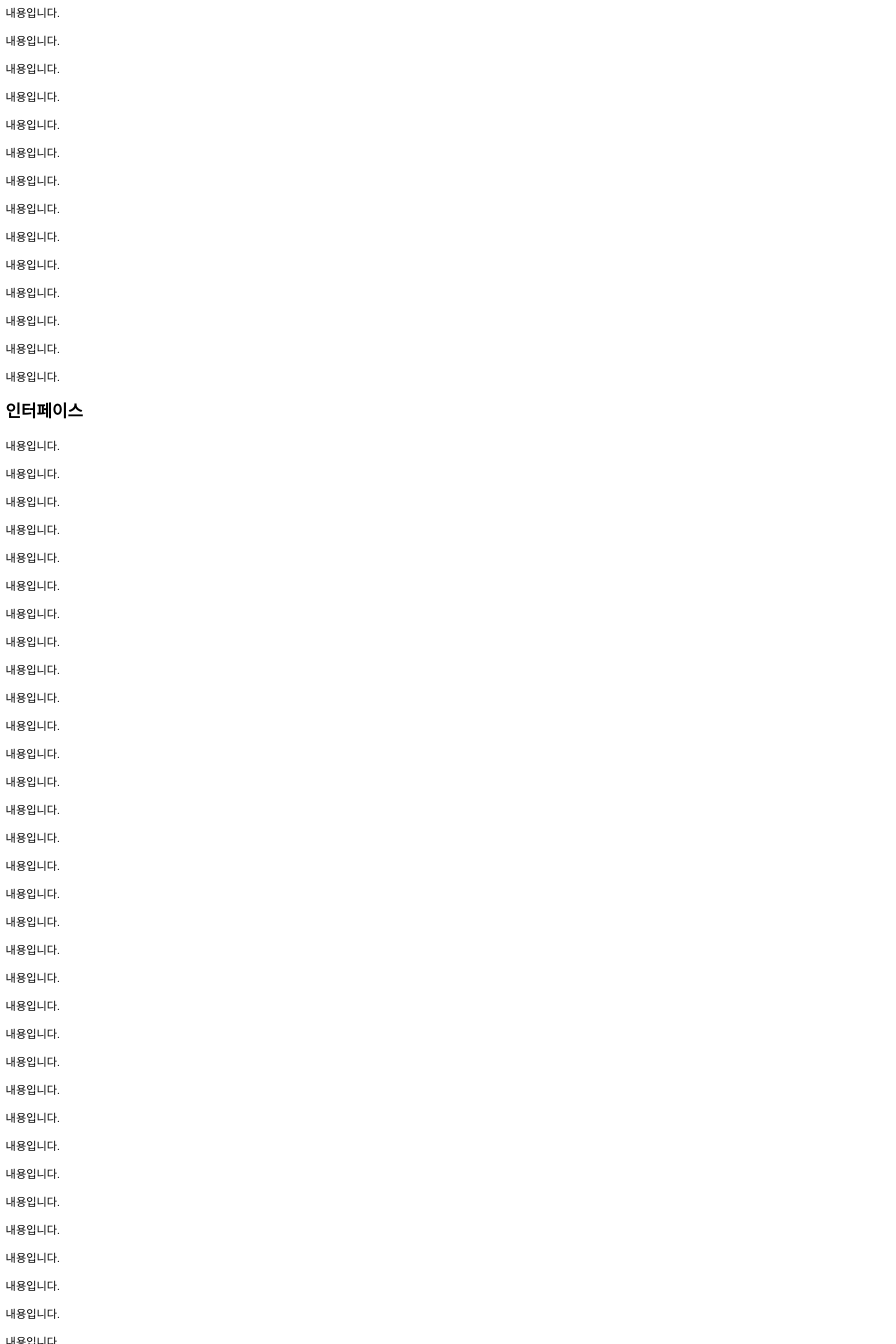
Repository: kmd192kmd/Web
Page: html/HtmlTest/src/main/webapp/ex10_link.html
An editor plug-in stored every save of this project. The page is shown before and after the next save, followed by the edit.
The browser window is 1280 px wide. The pictures show the part of the page from y = 1836 to 3756 px (the page is 6518 px tall before and 5558 px after), at 70% of full size.

Above is the page before, as saved 2026-02-13 02:27:20.

### html/HtmlTest/src/main/webapp/ex10_link.html
<!DOCTYPE html>
<html>
<head>
<meta charset="UTF-8">
<title>Insert title here</title>
</head>
<body>

	<!--

		링크, Link
		- <a>, anchor(닻)
		- 쌍태그, 혼합형

		1. Link Tag
		2. Anchor Tag

		a.href
		- HyperText Reference
		- 이동할 URL

		a.target
		- 열거형
		- _blank, _self, _top, _parent, 프레임명

		링크에 걸린 자원 종류 > 반응?
		- 브라우저가 해석 가능한 파일 > 열기
		- 브라우저가 해석 불가능한 파일 > 다운로드

	 -->

	 <h1>링크</h1>
	 <a href="https://www.naver.com/">네이버(외부 링크)</a>
	 <a href="naver.com">네이버</a>

	 <a href="ex09_list.html">9번 예제(내부 링크)</a>

	 <a href="images/dog.jpg">이미지</a>

	 <a href="member.txt">텍스트 파일</a>

	 <a href="webapp.zip">압축 파일</a>

	 <hr>

	 <a href="https://google.com" target="_self">구글(내부 링크)</a>
	 <a href="https://google.com" target="_blank">구글(외부 링크)</a>

	 <hr>

	 <h1>자바 수업 정리</h1>

	 <ul>
	 	<li><a href="a1">클래스</a></li>
	 	<li><a href="a2">인터페이스</a></li>
	 	<li><a href="a3">추상 클래스</a></li>
	 </ul>

	 <h2><a name="a1">클래스</a></h2>
	 <p>내용입니다.</p><p>내용입니다.</p><p>내용입니다.</p><p>내용입니다.</p><p>내용입니다.</p><p>내용입니다.</p><p>내용입니다.</p><p>내용입니다.</p><p>내용입니다.</p><p>내용입니다.</p>
	 <p>내용입니다.</p><p>내용입니다.</p><p>내용입니다.</p><p>내용입니다.</p><p>내용입니다.</p><p>내용입니다.</p><p>내용입니다.</p><p>내용입니다.</p><p>내용입니다.</p><p>내용입니다.</p>
	 <p>내용입니다.</p><p>내용입니다.</p><p>내용입니다.</p><p>내용입니다.</p><p>내용입니다.</p><p>내용입니다.</p><p>내용입니다.</p><p>내용입니다.</p><p>내용입니다.</p><p>내용입니다.</p>
	 <p>내용입니다.</p><p>내용입니다.</p><p>내용입니다.</p><p>내용입니다.</p><p>내용입니다.</p><p>내용입니다.</p><p>내용입니다.</p><p>내용입니다.</p><p>내용입니다.</p><p>내용입니다.</p>
	 <p>내용입니다.</p><p>내용입니다.</p><p>내용입니다.</p><p>내용입니다.</p><p>내용입니다.</p><p>내용입니다.</p><p>내용입니다.</p><p>내용입니다.</p><p>내용입니다.</p><p>내용입니다.</p>

	 <h2><a name="a2">인터페이스</a></h2>
	 <p>내용입니다.</p><p>내용입니다.</p><p>내용입니다.</p><p>내용입니다.</p><p>내용입니다.</p><p>내용입니다.</p><p>내용입니다.</p><p>내용입니다.</p><p>내용입니다.</p><p>내용입니다.</p>
	 <p>내용입니다.</p><p>내용입니다.</p><p>내용입니다.</p><p>내용입니다.</p><p>내용입니다.</p><p>내용입니다.</p><p>내용입니다.</p><p>내용입니다.</p><p>내용입니다.</p><p>내용입니다.</p>
	 <p>내용입니다.</p><p>내용입니다.</p><p>내용입니다.</p><p>내용입니다.</p><p>내용입니다.</p><p>내용입니다.</p><p>내용입니다.</p><p>내용입니다.</p><p>내용입니다.</p><p>내용입니다.</p>
	 <p>내용입니다.</p><p>내용입니다.</p><p>내용입니다.</p><p>내용입니다.</p><p>내용입니다.</p><p>내용입니다.</p><p>내용입니다.</p><p>내용입니다.</p><p>내용입니다.</p><p>내용입니다.</p>
	 <p>내용입니다.</p><p>내용입니다.</p><p>내용입니다.</p><p>내용입니다.</p><p>내용입니다.</p><p>내용입니다.</p><p>내용입니다.</p><p>내용입니다.</p><p>내용입니다.</p><p>내용입니다.</p>

	 <h2><a name="a3">추상 클래스</a></h2>
	 <p>내용입니다.</p><p>내용입니다.</p><p>내용입니다.</p><p>내용입니다.</p><p>내용입니다.</p><p>내용입니다.</p><p>내용입니다.</p><p>내용입니다.</p><p>내용입니다.</p><p>내용입니다.</p>
	 <p>내용입니다.</p><p>내용입니다.</p><p>내용입니다.</p><p>내용입니다.</p><p>내용입니다.</p><p>내용입니다.</p><p>내용입니다.</p><p>내용입니다.</p><p>내용입니다.</p><p>내용입니다.</p>
	 <p>내용입니다.</p><p>내용입니다.</p><p>내용입니다.</p><p>내용입니다.</p><p>내용입니다.</p><p>내용입니다.</p><p>내용입니다.</p><p>내용입니다.</p><p>내용입니다.</p><p>내용입니다.</p>
	 <p>내용입니다.</p><p>내용입니다.</p><p>내용입니다.</p><p>내용입니다.</p><p>내용입니다.</p><p>내용입니다.</p><p>내용입니다.</p><p>내용입니다.</p><p>내용입니다.</p><p>내용입니다.</p>
	 <p>내용입니다.</p><p>내용입니다.</p><p>내용입니다.</p><p>내용입니다.</p><p>내용입니다.</p><p>내용입니다.</p><p>내용입니다.</p><p>내용입니다.</p><p>내용입니다.</p><p>내용입니다.</p>






















</body>
</html>

After the next save:
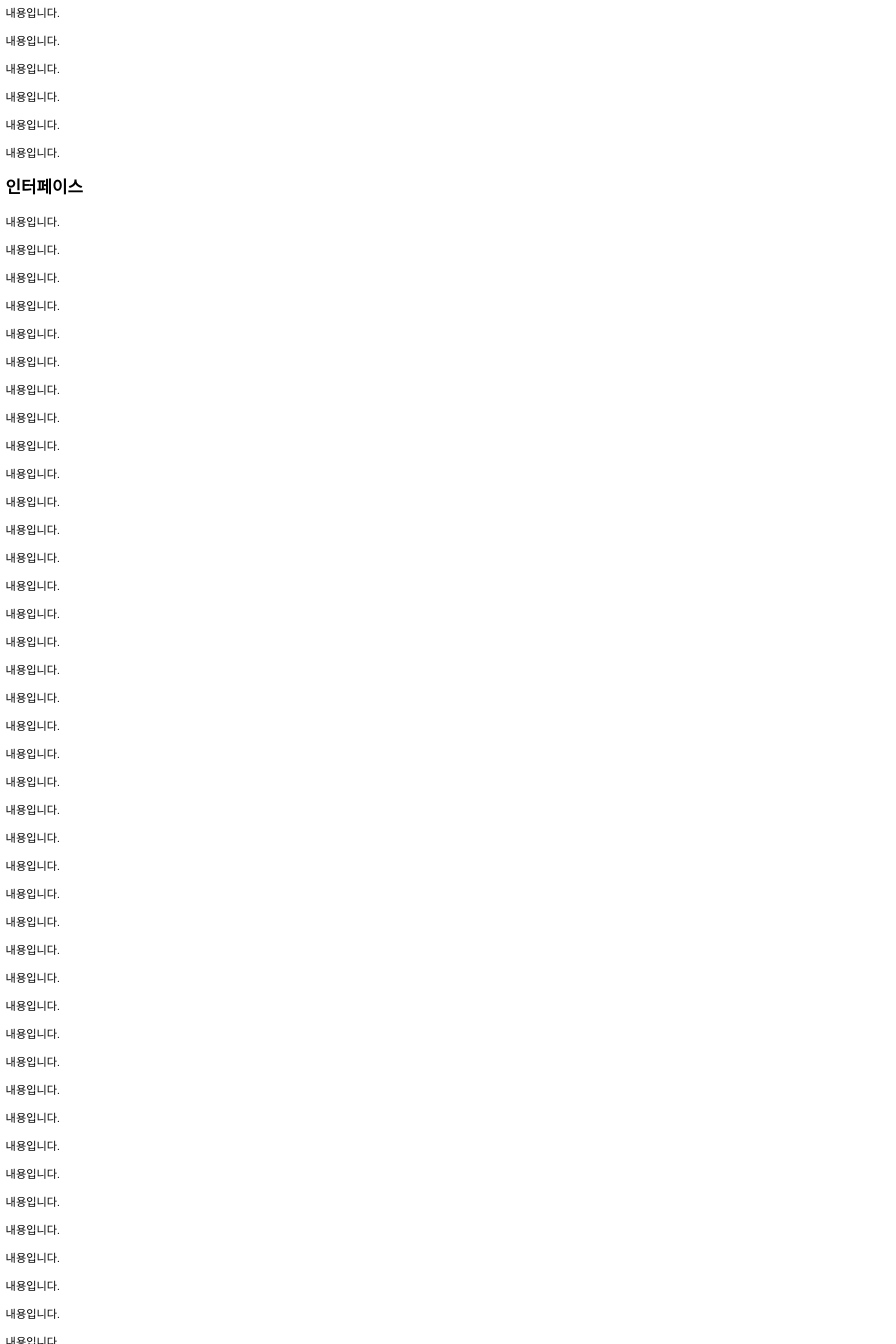
Saved 12 s later.
--- a/html/HtmlTest/src/main/webapp/ex10_link.html
+++ b/html/HtmlTest/src/main/webapp/ex10_link.html
@@ -5,7 +5,7 @@
 <title>Insert title here</title>
 </head>
 <body>
-
+	<!-- ex10_link.html -->
 	<!--
 
 		링크, Link
@@ -16,87 +16,55 @@
 		2. Anchor Tag
 
 		a.href
-		- HyperText Reference
+		- Hypertext Reference
 		- 이동할 URL
 
 		a.target
 		- 열거형
-		- _blank, _self, _top, _parent, 프레임명
+		- _blank, _self(default), _top, _parent, 프레임명
+
 
 		링크에 걸린 자원 종류 > 반응?
 		- 브라우저가 해석 가능한 파일 > 열기
 		- 브라우저가 해석 불가능한 파일 > 다운로드
 
-	 -->
+	-->
 
-	 <h1>링크</h1>
-	 <a href="https://www.naver.com/">네이버(외부 링크)</a>
-	 <a href="naver.com">네이버</a>
+	<h1>링크</h1>
+	<a href="https://naver.com">네이버(외부 링크)</a>
+	<a href="naver.com">네이버</a>
 
-	 <a href="ex09_list.html">9번 예제(내부 링크)</a>
+	<a href="ex09_list.html">9번 예제(내부 링크)</a>
 
-	 <a href="images/dog.jpg">이미지</a>
+	<a href="images/dog.jpg">이미지</a>
 
-	 <a href="member.txt">텍스트 파일</a>
+	<a href="member.txt">텍스트 파일</a>
 
-	 <a href="webapp.zip">압축 파일</a>
+	<a href="webapp.zip">압축 파일</a>
 
-	 <hr>
+	<hr>
 
-	 <a href="https://google.com" target="_self">구글(내부 링크)</a>
-	 <a href="https://google.com" target="_blank">구글(외부 링크)</a>
+	<a href="https://google.com" target="_self">구글(내부 링크)</a>
+	<a href="https://google.com" target="_blank">구글(외부 링크)</a>
 
-	 <hr>
+	<hr>
 
-	 <h1>자바 수업 정리</h1>
+	<h1>자바 수업 정리</h1>
 
-	 <ul>
-	 	<li><a href="a1">클래스</a></li>
-	 	<li><a href="a2">인터페이스</a></li>
-	 	<li><a href="a3">추상 클래스</a></li>
-	 </ul>
+	<ul>
+		<li><a href="#a1">클래스</a></li>
+		<li><a href="#a2">인터페이스</a></li>
+		<li><a href="#a3">추상 클래스</a></li>
+	</ul>
 
-	 <h2><a name="a1">클래스</a></h2>
-	 <p>내용입니다.</p><p>내용입니다.</p><p>내용입니다.</p><p>내용입니다.</p><p>내용입니다.</p><p>내용입니다.</p><p>내용입니다.</p><p>내용입니다.</p><p>내용입니다.</p><p>내용입니다.</p>
-	 <p>내용입니다.</p><p>내용입니다.</p><p>내용입니다.</p><p>내용입니다.</p><p>내용입니다.</p><p>내용입니다.</p><p>내용입니다.</p><p>내용입니다.</p><p>내용입니다.</p><p>내용입니다.</p>
-	 <p>내용입니다.</p><p>내용입니다.</p><p>내용입니다.</p><p>내용입니다.</p><p>내용입니다.</p><p>내용입니다.</p><p>내용입니다.</p><p>내용입니다.</p><p>내용입니다.</p><p>내용입니다.</p>
-	 <p>내용입니다.</p><p>내용입니다.</p><p>내용입니다.</p><p>내용입니다.</p><p>내용입니다.</p><p>내용입니다.</p><p>내용입니다.</p><p>내용입니다.</p><p>내용입니다.</p><p>내용입니다.</p>
-	 <p>내용입니다.</p><p>내용입니다.</p><p>내용입니다.</p><p>내용입니다.</p><p>내용입니다.</p><p>내용입니다.</p><p>내용입니다.</p><p>내용입니다.</p><p>내용입니다.</p><p>내용입니다.</p>
+	<h2><a name="a1">클래스</a></h2>
+	<p>내용입니다.</p><p>내용입니다.</p><p>내용입니다.</p><p>내용입니다.</p><p>내용입니다.</p><p>내용입니다.</p><p>내용입니다.</p><p>내용입니다.</p><p>내용입니다.</p><p>내용입니다.</p><p>내용입니다.</p><p>내용입니다.</p><p>내용입니다.</p><p>내용입니다.</p><p>내용입니다.</p><p>내용입니다.</p><p>내용입니다.</p><p>내용입니다.</p><p>내용입니다.</p><p>내용입니다.</p><p>내용입니다.</p><p>내용입니다.</p><p>내용입니다.</p><p>내용입니다.</p><p>내용입니다.</p><p>내용입니다.</p><p>내용입니다.</p><p>내용입니다.</p><p>내용입니다.</p><p>내용입니다.</p><p>내용입니다.</p><p>내용입니다.</p><p>내용입니다.</p><p>내용입니다.</p><p>내용입니다.</p><p>내용입니다.</p><p>내용입니다.</p><p>내용입니다.</p><p>내용입니다.</p><p>내용입니다.</p><p>내용입니다.</p><p>내용입니다.</p>
 
-	 <h2><a name="a2">인터페이스</a></h2>
-	 <p>내용입니다.</p><p>내용입니다.</p><p>내용입니다.</p><p>내용입니다.</p><p>내용입니다.</p><p>내용입니다.</p><p>내용입니다.</p><p>내용입니다.</p><p>내용입니다.</p><p>내용입니다.</p>
-	 <p>내용입니다.</p><p>내용입니다.</p><p>내용입니다.</p><p>내용입니다.</p><p>내용입니다.</p><p>내용입니다.</p><p>내용입니다.</p><p>내용입니다.</p><p>내용입니다.</p><p>내용입니다.</p>
-	 <p>내용입니다.</p><p>내용입니다.</p><p>내용입니다.</p><p>내용입니다.</p><p>내용입니다.</p><p>내용입니다.</p><p>내용입니다.</p><p>내용입니다.</p><p>내용입니다.</p><p>내용입니다.</p>
-	 <p>내용입니다.</p><p>내용입니다.</p><p>내용입니다.</p><p>내용입니다.</p><p>내용입니다.</p><p>내용입니다.</p><p>내용입니다.</p><p>내용입니다.</p><p>내용입니다.</p><p>내용입니다.</p>
-	 <p>내용입니다.</p><p>내용입니다.</p><p>내용입니다.</p><p>내용입니다.</p><p>내용입니다.</p><p>내용입니다.</p><p>내용입니다.</p><p>내용입니다.</p><p>내용입니다.</p><p>내용입니다.</p>
+	<h2><a name="a2">인터페이스</a></h2>
+	<p>내용입니다.</p><p>내용입니다.</p><p>내용입니다.</p><p>내용입니다.</p><p>내용입니다.</p><p>내용입니다.</p><p>내용입니다.</p><p>내용입니다.</p><p>내용입니다.</p><p>내용입니다.</p><p>내용입니다.</p><p>내용입니다.</p><p>내용입니다.</p><p>내용입니다.</p><p>내용입니다.</p><p>내용입니다.</p><p>내용입니다.</p><p>내용입니다.</p><p>내용입니다.</p><p>내용입니다.</p><p>내용입니다.</p><p>내용입니다.</p><p>내용입니다.</p><p>내용입니다.</p><p>내용입니다.</p><p>내용입니다.</p><p>내용입니다.</p><p>내용입니다.</p><p>내용입니다.</p><p>내용입니다.</p><p>내용입니다.</p><p>내용입니다.</p><p>내용입니다.</p><p>내용입니다.</p><p>내용입니다.</p><p>내용입니다.</p><p>내용입니다.</p><p>내용입니다.</p><p>내용입니다.</p><p>내용입니다.</p><p>내용입니다.</p><p>내용입니다.</p>
 
-	 <h2><a name="a3">추상 클래스</a></h2>
-	 <p>내용입니다.</p><p>내용입니다.</p><p>내용입니다.</p><p>내용입니다.</p><p>내용입니다.</p><p>내용입니다.</p><p>내용입니다.</p><p>내용입니다.</p><p>내용입니다.</p><p>내용입니다.</p>
-	 <p>내용입니다.</p><p>내용입니다.</p><p>내용입니다.</p><p>내용입니다.</p><p>내용입니다.</p><p>내용입니다.</p><p>내용입니다.</p><p>내용입니다.</p><p>내용입니다.</p><p>내용입니다.</p>
-	 <p>내용입니다.</p><p>내용입니다.</p><p>내용입니다.</p><p>내용입니다.</p><p>내용입니다.</p><p>내용입니다.</p><p>내용입니다.</p><p>내용입니다.</p><p>내용입니다.</p><p>내용입니다.</p>
-	 <p>내용입니다.</p><p>내용입니다.</p><p>내용입니다.</p><p>내용입니다.</p><p>내용입니다.</p><p>내용입니다.</p><p>내용입니다.</p><p>내용입니다.</p><p>내용입니다.</p><p>내용입니다.</p>
-	 <p>내용입니다.</p><p>내용입니다.</p><p>내용입니다.</p><p>내용입니다.</p><p>내용입니다.</p><p>내용입니다.</p><p>내용입니다.</p><p>내용입니다.</p><p>내용입니다.</p><p>내용입니다.</p>
-
-
-
-
-
-
-
-
-
-
-
-
-
-
-
-
-
-
-
-
-
+	<h2><a name="a3">추상 클래스</a></h2>
+	<p>내용입니다.</p><p>내용입니다.</p><p>내용입니다.</p><p>내용입니다.</p><p>내용입니다.</p><p>내용입니다.</p><p>내용입니다.</p><p>내용입니다.</p><p>내용입니다.</p><p>내용입니다.</p><p>내용입니다.</p><p>내용입니다.</p><p>내용입니다.</p><p>내용입니다.</p><p>내용입니다.</p><p>내용입니다.</p><p>내용입니다.</p><p>내용입니다.</p><p>내용입니다.</p><p>내용입니다.</p><p>내용입니다.</p><p>내용입니다.</p><p>내용입니다.</p><p>내용입니다.</p><p>내용입니다.</p><p>내용입니다.</p><p>내용입니다.</p><p>내용입니다.</p><p>내용입니다.</p><p>내용입니다.</p><p>내용입니다.</p><p>내용입니다.</p><p>내용입니다.</p><p>내용입니다.</p><p>내용입니다.</p><p>내용입니다.</p><p>내용입니다.</p><p>내용입니다.</p><p>내용입니다.</p><p>내용입니다.</p><p>내용입니다.</p><p>내용입니다.</p>
 
 </body>
 </html>
